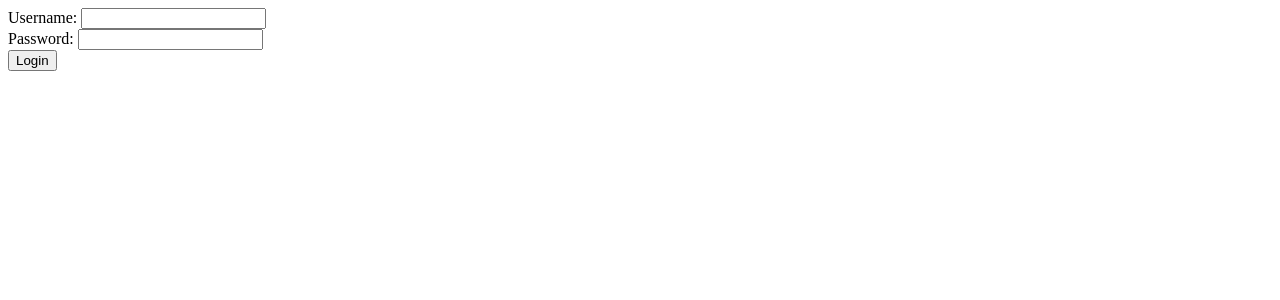
Repository: v-vek-kannan/servlets
Page: http://localhost/myapp/
These files come from the project's save history. The page is drawn as it stood at one moment and after the next save; the edit follows.
The browser window is 1280 px wide. The pictures show the whole page.
The page is served by Tomcat 9.

Above is the page before, as saved 2025-04-29 13:47:08.

After the next save:
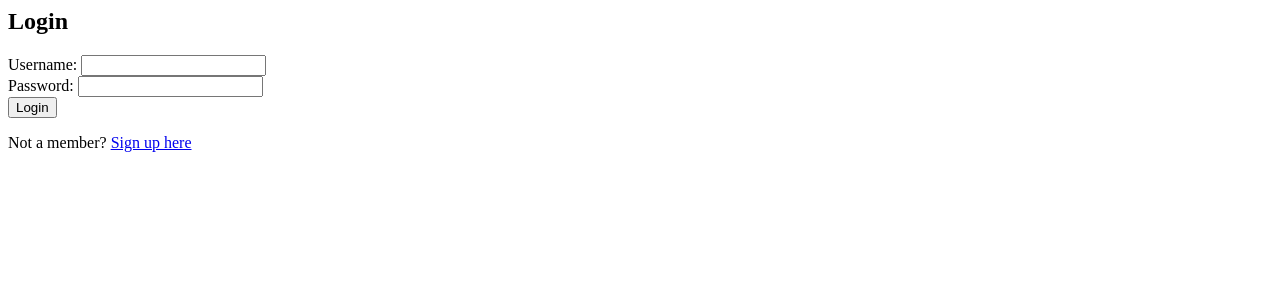
Saved 79 s later.
--- a/myapp/src/main/webapp/index.jsp
+++ b/myapp/src/main/webapp/index.jsp
@@ -2,10 +2,13 @@
 <html>
 <head><title>Login</title></head>
 <body>
+    <h2>Login</h2>
     <form method="post" action="login">
         Username: <input type="text" name="username" /><br/>
         Password: <input type="password" name="password" /><br/>
         <input type="submit" value="Login" />
     </form>
+
+    <p>Not a member? <a href="signup.jsp">Sign up here</a></p>
 </body>
 </html>
